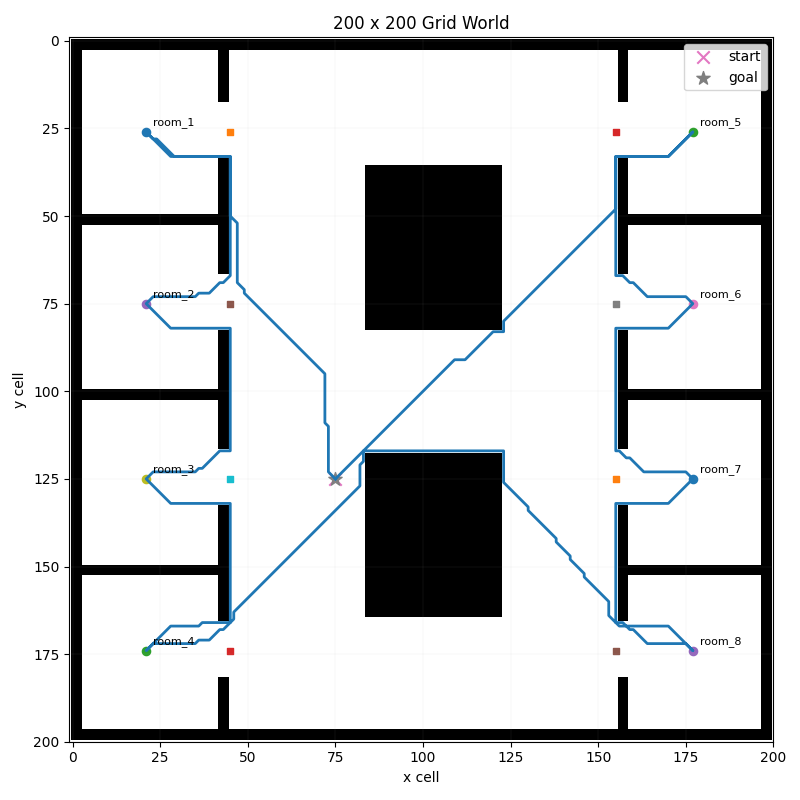
Repository: Jonreasoner/duke_collaboration
Script's output: python testing.py
An editor plug-in stored every save of this project. The script's output is shown before and after the next save, followed by the edit.
Random numbers start from a fixed seed.

Above is the script's output before, as saved 2026-05-20 14:46:53.

### testing.py
from grid_world import create_grid_world, plot_grid_world
from astar_planner import get_trajectory

grid, rooms = create_grid_world()

initial_position = (75, 125)
final_position = initial_position
room_1 = rooms["room_1"]["center"]
room_2 = rooms["room_2"]["center"]
room_3 = rooms["room_3"]["center"]
room_4 = rooms["room_4"]["center"]
room_5 = rooms["room_5"]["center"]
room_6 = rooms["room_6"]["center"]
room_7 = rooms["room_7"]["center"]
room_8 = rooms["room_8"]["center"]

schedule = [initial_position, room_1, room_2, room_3, room_4, room_5, room_6, room_7, room_8, final_position]
for i in range(len(schedule) - 1):
    start_position = schedule[i]
    end_position = schedule[i + 1]
    trajectory = get_trajectory(
        start_position=start_position,
        end_position=end_position,
        grid=grid,
        rooms=rooms,
        allow_diagonal=True,
        waypoint_stride=100,
    )
    if i == 0:
        total_trajectory = trajectory
    else:
        total_trajectory["path"].extend(trajectory["path"][1:])  # Avoid duplicating the start point
        total_trajectory["waypoints"].extend(trajectory["waypoints"])
        total_trajectory["path_length"] += trajectory["path_length"]

    # print(f"Trajectory from {start_position} to {end_position}:")
    # print("Sparse waypoints:")
    # print(trajectory["waypoints"])
    # print("Path length:")
    # print(trajectory["path_length"])

plot_grid_world(
        grid,
        rooms,
        path=total_trajectory["path"],
        start=initial_position,
        goal=final_position,
        # save_path="astar_path_demo.png",
        show=True,
    )

print("Total path length for full schedule: {:.2f} cells".format(total_trajectory["path_length"]))

# print("rooms: ", rooms)
# start_position = (100, 100)
# start_position = (rooms["room_8"]["center"])
# end_position = rooms["room_1"]["center"]

# trajectory = get_trajectory(
#     start_position=start_position,
#     end_position=end_position,
#     grid=grid,
#     rooms=rooms,
#     allow_diagonal=True,
#     waypoint_stride=10,
# )

# print("Sparse waypoints:")
# print(trajectory["waypoints"])

# print("Path length:")
# print(trajectory["path_length"])
print('DONE')

### grid_world.py
"""
grid_world.py

Creates a 200 x 200 occupancy-grid world with:
- 8 rooms total, 4 stacked vertically on the left and 4 stacked vertically on the right
- open doorways from each room into the central area
- 2 central obstacle blocks that also act as view occluders

Coordinate convention:
    point = (x, y)
    grid[y, x] = 0 means free
    grid[y, x] = 1 means occupied/wall/obstacle

Run directly:
    python grid_world.py
"""

from __future__ import annotations

from dataclasses import dataclass
from pprint import pprint
from typing import Dict, List, Tuple, Optional

import numpy as np

try:
    import matplotlib.pyplot as plt
except ImportError:  # plotting is optional
    plt = None


FREE = 0
OCCUPIED = 1
Point = Tuple[int, int]
Bounds = Tuple[int, int, int, int]  # x_min, y_min, x_max, y_max inclusive


@dataclass(frozen=True)
class WorldConfig:
    width: int = 200
    height: int = 200
    wall_thickness: int = 3
    border_thickness: int = 3
    left_room_wall_x: int = 42
    right_room_wall_x: int = 156
    door_height: int = 16


def _paint_rect(grid: np.ndarray, x0: int, y0: int, x1: int, y1: int, value: int) -> None:
    """Paint an inclusive rectangle into the occupancy grid."""
    h, w = grid.shape
    x0 = max(0, min(w - 1, int(x0)))
    x1 = max(0, min(w - 1, int(x1)))
    y0 = max(0, min(h - 1, int(y0)))
    y1 = max(0, min(h - 1, int(y1)))
    if x1 < x0:
        x0, x1 = x1, x0
    if y1 < y0:
        y0, y1 = y1, y0
    grid[y0 : y1 + 1, x0 : x1 + 1] = value


def create_grid_world(config: Optional[WorldConfig] = None) -> Tuple[np.ndarray, Dict[str, dict]]:
    """
    Build the grid world and return the occupancy grid plus a room dictionary.

    Returns
    -------
    grid : np.ndarray
        Shape (height, width). 0 is free, 1 is occupied.
    rooms : dict
        Each room has:
            center: coordinate the robot can navigate to for that room
            doorway: coordinate inside the doorway from the central area
            bounds: inclusive room bounds as (x_min, y_min, x_max, y_max)
            side: 'left' or 'right'
    """
    cfg = config or WorldConfig()
    grid = np.zeros((cfg.height, cfg.width), dtype=np.uint8)

    wt = cfg.wall_thickness
    bt = cfg.border_thickness
    lx = cfg.left_room_wall_x
    rx = cfg.right_room_wall_x

    # Outer boundary walls.
    _paint_rect(grid, 0, 0, cfg.width - 1, bt - 1, OCCUPIED)
    _paint_rect(grid, 0, cfg.height - bt, cfg.width - 1, cfg.height - 1, OCCUPIED)
    _paint_rect(grid, 0, 0, bt - 1, cfg.height - 1, OCCUPIED)
    _paint_rect(grid, cfg.width - bt, 0, cfg.width - 1, cfg.height - 1, OCCUPIED)

    # Vertical walls separating side rooms from the central hall.
    _paint_rect(grid, lx, 0, lx + wt - 1, cfg.height - 1, OCCUPIED)
    _paint_rect(grid, rx, 0, rx + wt - 1, cfg.height - 1, OCCUPIED)

    # Horizontal dividers within the left and right room stacks.
    # These do not extend through the central region.
    divider_ys = [50, 100, 150]
    for y in divider_ys:
        _paint_rect(grid, 0, y, lx + wt - 1, y + wt - 1, OCCUPIED)
        _paint_rect(grid, rx, y, cfg.width - 1, y + wt - 1, OCCUPIED)

    # Door openings in the vertical separator walls.
    room_bands = [(bt, 49), (52, 99), (102, 149), (152, cfg.height - bt - 1)]
    door_half = cfg.door_height // 2
    rooms: Dict[str, dict] = {}

    for idx, (y0, y1) in enumerate(room_bands, start=1):
        cy = (y0 + y1) // 2
        dy0 = cy - door_half
        dy1 = cy + door_half - 1

        # Left doorway through the left separator wall.
        _paint_rect(grid, lx, dy0, lx + wt - 1, dy1, FREE)
        rooms[f"room_{idx}"] = {
            "center": (lx // 2, cy),
            "doorway": (lx + wt, cy),
            "bounds": (bt, y0, lx - 1, y1),
            "side": "left",
        }

        # Right doorway through the right separator wall.
        _paint_rect(grid, rx, dy0, rx + wt - 1, dy1, FREE)
        rooms[f"room_{idx + 4}"] = {
            "center": ((rx + wt + cfg.width - bt - 1) // 2, cy),
            "doorway": (rx - 1, cy),
            "bounds": (rx + wt, y0, cfg.width - bt - 1, y1),
            "side": "right",
        }

    # Two central obstacle/occlusion blocks.
    # Stored in the grid as occupied cells, so A* avoids them and visibility checks can treat them as blockers.
    _paint_rect(grid, 84, 36, 122, 82, OCCUPIED)
    _paint_rect(grid, 84, 118, 122, 164, OCCUPIED)

    return grid, rooms


def get_room_targets(rooms: Dict[str, dict]) -> Dict[str, Point]:
    """Return the simple command dictionary: room name -> navigation target."""
    return {name: info["center"] for name, info in rooms.items()}


def is_free(grid: np.ndarray, point: Point) -> bool:
    """Return True if point is inside the grid and not occupied."""
    x, y = point
    return 0 <= y < grid.shape[0] and 0 <= x < grid.shape[1] and grid[y, x] == FREE


def line_of_sight_cells(start: Point, end: Point) -> List[Point]:
    """
    Integer grid cells crossed by a line from start to end, using Bresenham's algorithm.
    Useful later for checking whether the two central obstacle blocks occlude view.
    """
    x0, y0 = start
    x1, y1 = end
    dx = abs(x1 - x0)
    dy = -abs(y1 - y0)
    sx = 1 if x0 < x1 else -1
    sy = 1 if y0 < y1 else -1
    err = dx + dy

    cells: List[Point] = []
    x, y = x0, y0
    while True:
        cells.append((x, y))
        if x == x1 and y == y1:
            break
        e2 = 2 * err
        if e2 >= dy:
            err += dy
            x += sx
        if e2 <= dx:
            err += dx
            y += sy
    return cells


def has_line_of_sight(grid: np.ndarray, start: Point, end: Point) -> bool:
    """
    Return True when the straight segment from start to end does not cross occupied cells.
    Boundary walls and the two central obstacle blocks all count as occluders.
    """
    for x, y in line_of_sight_cells(start, end):
        if not (0 <= y < grid.shape[0] and 0 <= x < grid.shape[1]):
            return False
        if grid[y, x] == OCCUPIED:
            return False
    return True


def plot_grid_world(
    grid: np.ndarray,
    rooms: Dict[str, dict],
    path: Optional[List[Point]] = None,
    start: Optional[Point] = None,
    goal: Optional[Point] = None,
    save_path: Optional[str] = None,
    show: bool = True,
) -> None:
    """Plot the grid, room centers, optional start/goal, and optional A* path."""
    if plt is None:
        raise ImportError("matplotlib is required for plotting. Install it with: pip install matplotlib")

    fig, ax = plt.subplots(figsize=(8, 8))
    ax.imshow(grid, cmap="Greys", origin="upper", interpolation="nearest")

    for name, info in rooms.items():
        cx, cy = info["center"]
        dx, dy = info["doorway"]
        ax.scatter(cx, cy, marker="o", s=35)
        ax.scatter(dx, dy, marker="s", s=20)
        ax.text(cx + 2, cy - 2, name, fontsize=8)

    if path:
        xs = [p[0] for p in path]
        ys = [p[1] for p in path]
        ax.plot(xs, ys, linewidth=2)

    if start is not None:
        ax.scatter(start[0], start[1], marker="x", s=80, label="start")
    if goal is not None:
        ax.scatter(goal[0], goal[1], marker="*", s=100, label="goal")

    ax.set_title("200 x 200 Grid World")
    ax.set_xlabel("x cell")
    ax.set_ylabel("y cell")
    ax.set_xlim(-1, grid.shape[1])
    ax.set_ylim(grid.shape[0], -1)
    ax.set_aspect("equal")
    ax.grid(True, linewidth=0.2, alpha=0.3)
    if start is not None or goal is not None:
        ax.legend(loc="upper right")
    fig.tight_layout()

    if save_path:
        fig.savefig(save_path, dpi=200)
    if show:
        plt.show()
    else:
        plt.close(fig)


def main() -> None:
    grid, rooms = create_grid_world()
    room_targets = get_room_targets(rooms)

    print("Grid shape:", grid.shape)
    print("Cell convention: grid[y, x], 0=free, 1=occupied")
    print("\nRoom target dictionary:")
    pprint(room_targets)

    # Save a figure by default so you can inspect the generated map without needing a GUI.
    plot_grid_world(grid, rooms, save_path="grid_world_design.png", show=True)


if __name__ == "__main__":
    main()

### astar_planner.py
"""
astar_planner.py

A* planner for the 200 x 200 grid world created in grid_world.py.

Coordinate convention:
    point = (x, y)
    grid[y, x] = 0 means free
    grid[y, x] = 1 means occupied/wall/obstacle

Example:
    from grid_world import create_grid_world
    from astar_planner import astar, plan_to_room

    grid, rooms = create_grid_world()
    start = (100, 100)
    path = plan_to_room(start, "room_1", grid, rooms)
"""

from __future__ import annotations

import heapq
import math
from typing import Dict, Iterable, List, Optional, Tuple

from grid_world import plot_grid_world

import numpy as np

Point = Tuple[int, int]


def get_trajectory(
    start_position: Point,
    end_position: Point,
    grid: np.ndarray,
    rooms: Dict[str, dict],
    allow_diagonal: bool = False,
    waypoint_stride: int = 5,
) -> dict:
    """
    Plan a trajectory from start_position to end_position.

    Parameters
    ----------
    start_position : tuple[int, int]
        Start coordinate as (x, y).

    end_position : tuple[int, int]
        Goal coordinate as (x, y).

    grid : np.ndarray
        Occupancy grid. 0 is free, 1 is occupied.

    allow_diagonal : bool
        If True, use 8-connected motion. If False, use 4-connected motion.

    waypoint_stride : int
        Keep every Nth point from the dense path to create sparse waypoints.

    Returns
    -------
    dict
        {
            "start": start_position,
            "goal": end_position,
            "path": dense A* path,
            "waypoints": sparse waypoint list,
            "path_length": total path length
        }
    """
    path = astar(
        grid=grid,
        start=start_position,
        goal=end_position,
        allow_diagonal=allow_diagonal,
    )

    waypoints = sparsify_path(path, stride=waypoint_stride)
    length = path_length(path)

    # plot_grid_world(
    #     grid,
    #     rooms,
    #     path=path,
    #     start=start_position,
    #     goal=end_position,
    #     # save_path="astar_path_demo.png",
    #     show=True,
    # )

    return {
        "start": start_position,
        "goal": end_position,
        "path": path,
        "waypoints": waypoints,
        "path_length": length,
    }


class NoPathError(RuntimeError):
    """Raised when A* cannot find a valid path."""


def in_bounds(grid: np.ndarray, point: Point) -> bool:
    x, y = point
    return 0 <= y < grid.shape[0] and 0 <= x < grid.shape[1]


def is_free(grid: np.ndarray, point: Point) -> bool:
    x, y = point
    return in_bounds(grid, point) and grid[y, x] == 0


def neighbors_4(point: Point) -> Iterable[Tuple[Point, float]]:
    x, y = point
    yield (x + 1, y), 1.0
    yield (x - 1, y), 1.0
    yield (x, y + 1), 1.0
    yield (x, y - 1), 1.0


def neighbors_8(point: Point) -> Iterable[Tuple[Point, float]]:
    x, y = point
    for dx in (-1, 0, 1):
        for dy in (-1, 0, 1):
            if dx == 0 and dy == 0:
                continue
            cost = math.sqrt(2.0) if dx != 0 and dy != 0 else 1.0
            yield (x + dx, y + dy), cost


def heuristic(a: Point, b: Point, allow_diagonal: bool = False) -> float:
    """Admissible A* heuristic for 4- or 8-connected motion."""
    dx = abs(a[0] - b[0])
    dy = abs(a[1] - b[1])
    if allow_diagonal:
        # Octile distance.
        return max(dx, dy) + (math.sqrt(2.0) - 1.0) * min(dx, dy)
    return float(dx + dy)


def _diagonal_move_is_valid(grid: np.ndarray, current: Point, nxt: Point) -> bool:
    """
    Prevent diagonal corner-cutting through obstacle corners.
    Example: moving from (x,y) to (x+1,y+1) is only allowed if both side cells are free.
    """
    cx, cy = current
    nx, ny = nxt
    dx = nx - cx
    dy = ny - cy
    if abs(dx) != 1 or abs(dy) != 1:
        return True
    return is_free(grid, (cx + dx, cy)) and is_free(grid, (cx, cy + dy))


def reconstruct_path(came_from: Dict[Point, Point], current: Point) -> List[Point]:
    path = [current]
    while current in came_from:
        current = came_from[current]
        path.append(current)
    path.reverse()
    return path


def astar(
    grid: np.ndarray,
    start: Point,
    goal: Point,
    allow_diagonal: bool = False,
) -> List[Point]:
    """
    Compute an A* path from start to goal.

    Parameters
    ----------
    grid : np.ndarray
        Occupancy grid. 0 is free, nonzero is occupied.
    start : tuple[int, int]
        Start coordinate as (x, y).
    goal : tuple[int, int]
        Goal coordinate as (x, y).
    allow_diagonal : bool
        If False, use 4-connected movement. If True, use 8-connected movement.

    Returns
    -------
    list[tuple[int, int]]
        Path from start to goal, inclusive.
    """
    start = (int(start[0]), int(start[1]))
    goal = (int(goal[0]), int(goal[1]))

    if not is_free(grid, start):
        raise ValueError(f"Start {start} is outside the grid or occupied.")
    if not is_free(grid, goal):
        raise ValueError(f"Goal {goal} is outside the grid or occupied.")

    neighbor_fn = neighbors_8 if allow_diagonal else neighbors_4

    # Priority queue entries: (estimated_total_cost, cost_so_far, node)
    open_heap: List[Tuple[float, float, Point]] = []
    heapq.heappush(open_heap, (heuristic(start, goal, allow_diagonal), 0.0, start))

    came_from: Dict[Point, Point] = {}
    g_score: Dict[Point, float] = {start: 0.0}
    closed: set[Point] = set()

    while open_heap:
        _, current_cost, current = heapq.heappop(open_heap)

        # Skip stale queue entries.
        if current in closed:
            continue
        closed.add(current)

        if current == goal:
            return reconstruct_path(came_from, current)

        for nxt, step_cost in neighbor_fn(current):
            if not is_free(grid, nxt):
                continue
            if allow_diagonal and not _diagonal_move_is_valid(grid, current, nxt):
                continue
            if nxt in closed:
                continue

            tentative_g = current_cost + step_cost
            if tentative_g < g_score.get(nxt, math.inf):
                came_from[nxt] = current
                g_score[nxt] = tentative_g
                f_score = tentative_g + heuristic(nxt, goal, allow_diagonal)
                heapq.heappush(open_heap, (f_score, tentative_g, nxt))

    raise NoPathError(f"No path found from {start} to {goal}.")


def plan_to_room(
    current_location: Point,
    room_name: str,
    grid: np.ndarray,
    rooms: Dict[str, dict],
    allow_diagonal: bool = False,
) -> List[Point]:
    """
    Plan from the current robot location to the center coordinate of a named room.

    Example command mapping:
        go_to room_1 -> rooms["room_1"]["center"]
    """
    if room_name not in rooms:
        valid = ", ".join(sorted(rooms.keys()))
        raise KeyError(f"Unknown room '{room_name}'. Valid rooms are: {valid}")

    goal = tuple(rooms[room_name]["center"])
    return astar(grid, current_location, goal, allow_diagonal=allow_diagonal)


def path_length(path: List[Point]) -> float:
    """Return geometric length of a grid path."""
    if len(path) < 2:
        return 0.0
    total = 0.0
    for p0, p1 in zip(path[:-1], path[1:]):
        dx = p1[0] - p0[0]
        dy = p1[1] - p0[1]
        total += math.hypot(dx, dy)
    return total


def sparsify_path(path: List[Point], stride: int = 5) -> List[Point]:
    """
    Downsample a dense cell-by-cell path for use as a simple waypoint trajectory.
    The final goal is always preserved. Useful because apparently robots prefer
    not receiving 300 individual micromanagement commands from a list.
    """
    if stride <= 1 or len(path) <= 2:
        return path
    sparse = path[::stride]
    if sparse[-1] != path[-1]:
        sparse.append(path[-1])
    return sparse


def main() -> None:
    from grid_world import create_grid_world, plot_grid_world

    grid, rooms = create_grid_world()

    start = (100, 100)
    room_name = "room_1"
    path = plan_to_room(start, room_name, grid, rooms, allow_diagonal=True)
    sparse_waypoints = sparsify_path(path, stride=8)

    print(f"Planning command: go_to {room_name}")
    print(f"Start: {start}")
    print(f"Goal:  {rooms[room_name]['center']}")
    print(f"Dense path cells: {len(path)}")
    print(f"Path length: {path_length(path):.2f} cells")
    print(f"Sparse waypoint trajectory ({len(sparse_waypoints)} waypoints):")
    print(sparse_waypoints)

    plot_grid_world(
        grid,
        rooms,
        path=path,
        start=start,
        goal=rooms[room_name]["center"],
        # save_path="astar_path_demo.png",
        show=True,
    )


if __name__ == "__main__":
    main()

After the next save:
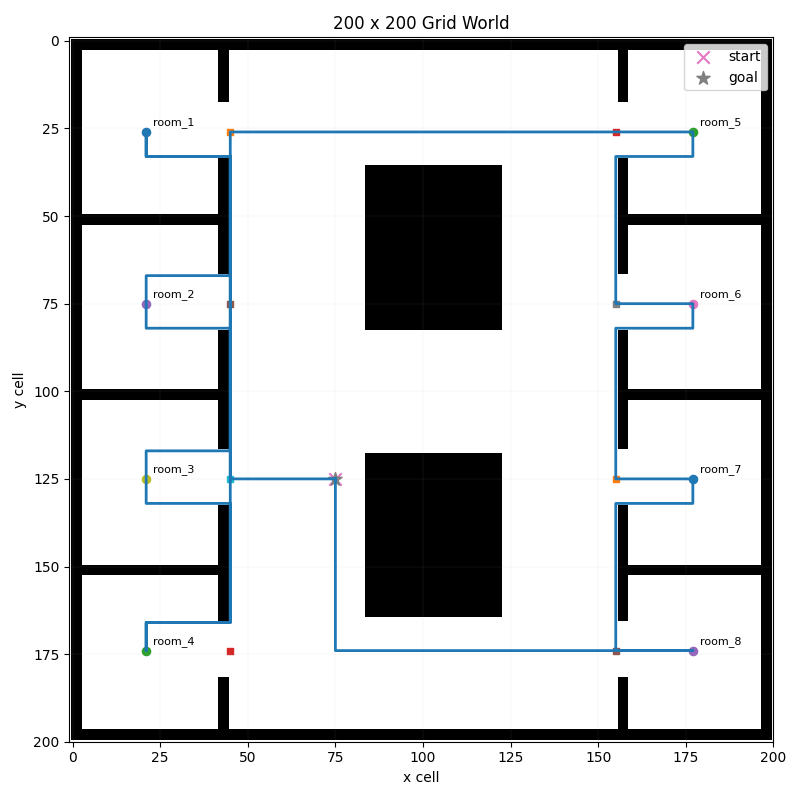
Saved 20 s later.
--- a/testing.py
+++ b/testing.py
@@ -23,7 +23,7 @@
         end_position=end_position,
         grid=grid,
         rooms=rooms,
-        allow_diagonal=True,
+        allow_diagonal=False,
         waypoint_stride=100,
     )
     if i == 0:

After the save that followed:
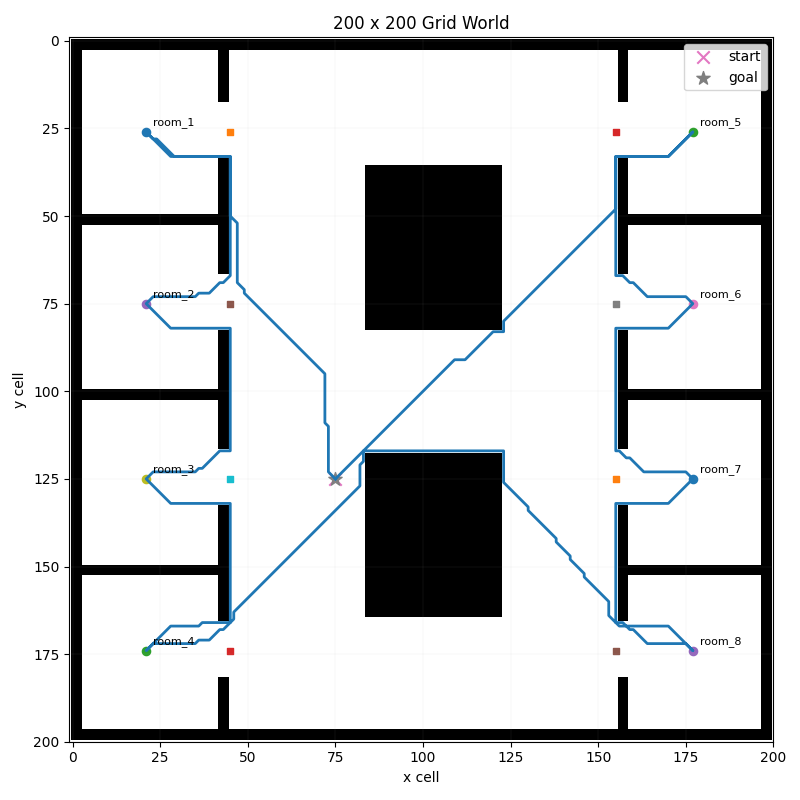
Saved 11 s later.
--- a/testing.py
+++ b/testing.py
@@ -23,7 +23,7 @@
         end_position=end_position,
         grid=grid,
         rooms=rooms,
-        allow_diagonal=False,
+        allow_diagonal=True,
         waypoint_stride=100,
     )
     if i == 0:
